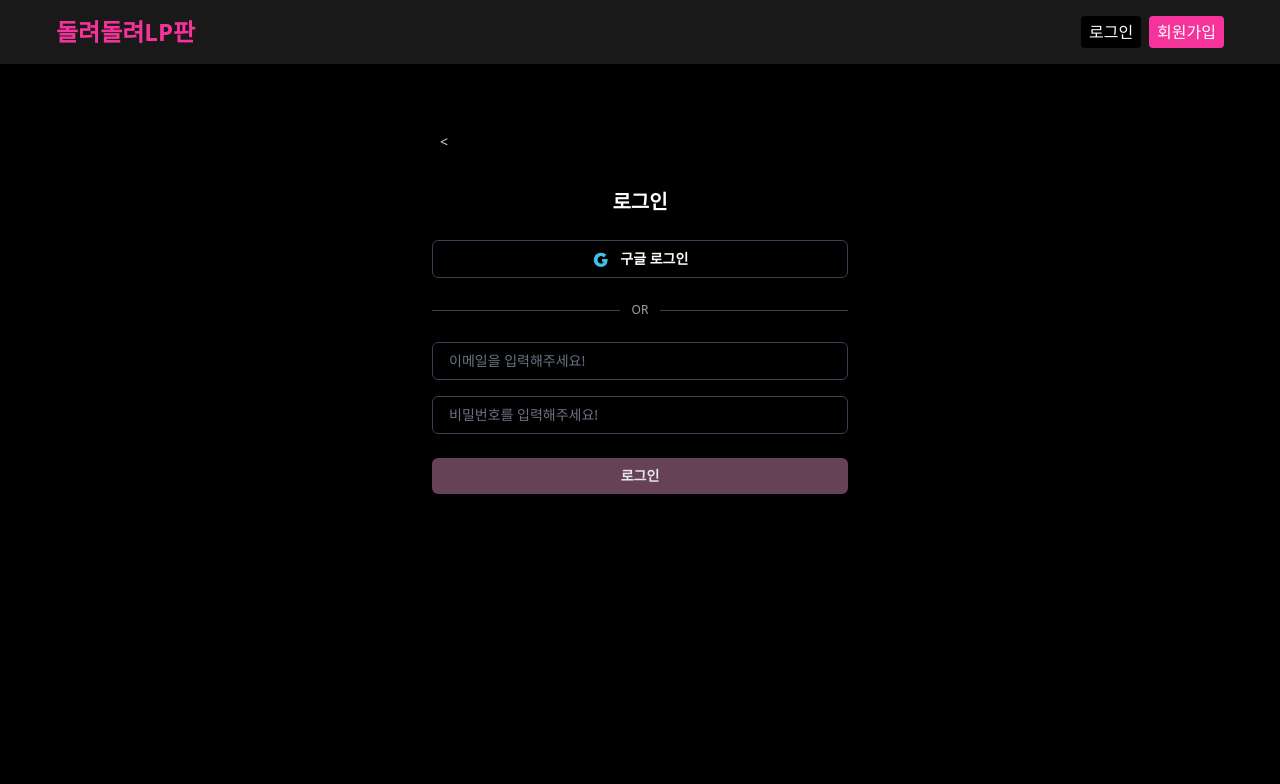
Repository: DSWU-UMC-9th/UMC-9th-Yeon
Page: /login (app in week4/)
An editor plug-in stored every save of this project. The page is shown before and after the next save, followed by the edit.
The browser window is 1280 px wide. The pictures show the whole page.
The project was rebuilt for these pictures with package versions that can differ from the ones it lists, and the page was loaded fresh each time. Also part of the build but not shown: week4/vite.config.ts, week4/src/api/tmdb.ts, week4/src/components/MovieCard.tsx, week4/src/components/Spinner.tsx, week4/src/components/Pager.tsx, week4/src/hooks/useMovies.ts, week4/src/pages/Home.tsx, week4/src/pages/Popular.tsx and 4 more.

Above is the page before, as saved 2025-11-04 20:44:52.

After the next save:
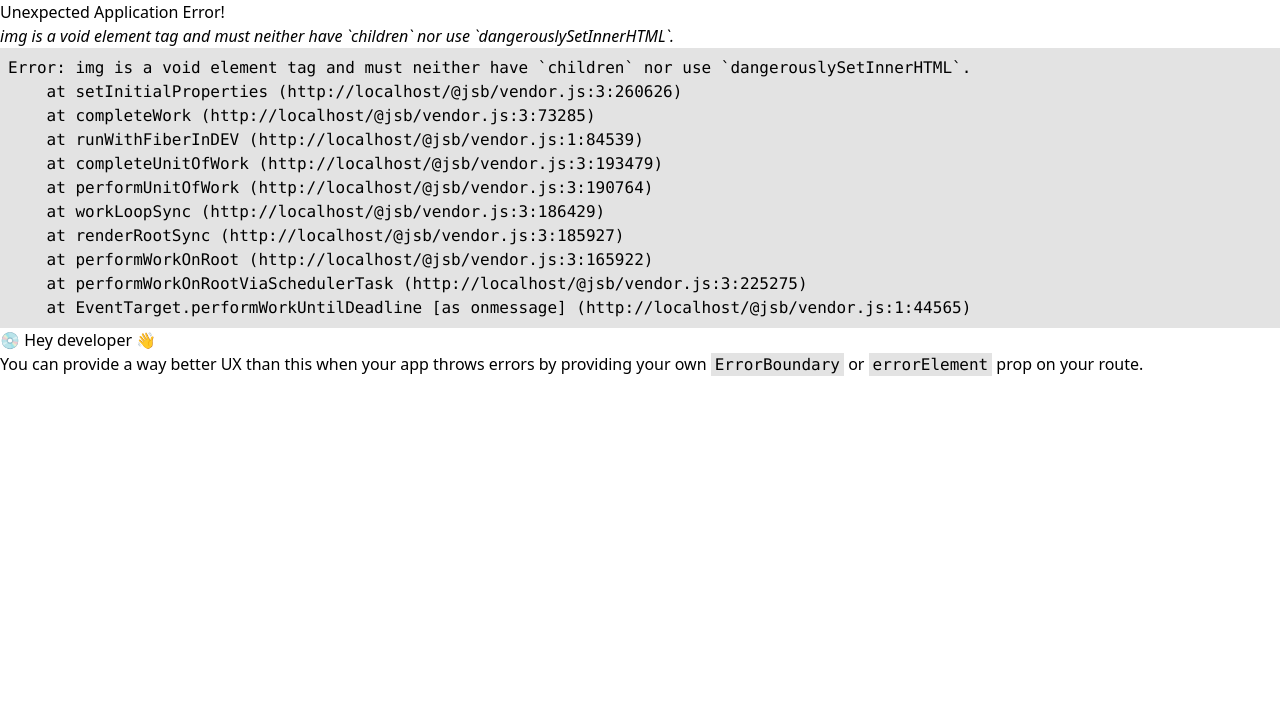
Saved 2 h 16 min later.
--- a/week4/src/pages/Login.tsx
+++ b/week4/src/pages/Login.tsx
@@ -55,7 +55,10 @@ export default function Login() {
           onClick={() => console.log("google login")}
           className="border border-gray-700 bg-transparent text-gray-200 hover:bg-gray-800"
         >
-          <span className="mr-2">🇬</span> 구글 로그인
+          <img src="../media/google.svg" className="mr-2">
+            🇬
+          </img>{" "}
+          구글 로그인
         </Button>
 
         <div className="flex items-center gap-3">
